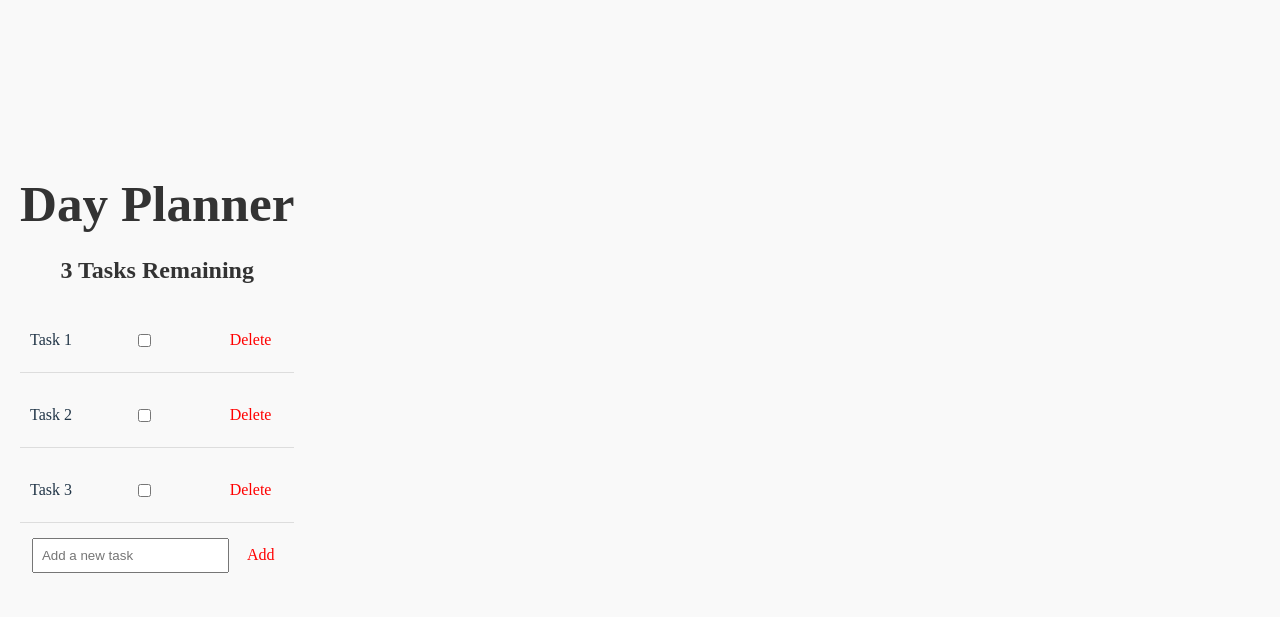
Repository: GavinPahal/Lab7
Page: /
An editor plug-in stored every save of this project. The page is shown before and after the next save, followed by the edit.
The browser window is 1280 px wide. The pictures show the whole page.
The project was rebuilt for these pictures with package versions that can differ from the ones it lists, and the page was loaded fresh each time. Also part of the build but not shown: vite.config.js.

Above is the page before, as saved 2024-10-23 16:49:54.

### src/App.jsx
import React, { useState } from 'react';
import Task from './components/Task';
import TaskForm from './components/TaskForm';
import './App.css';

function App() {
  const [tasks, setTasks] = useState([
    { text: 'Task 1', isCompleted: false },
    { text: 'Task 2', isCompleted: false },
    { text: 'Task 3', isCompleted: false },
  ]);  // Initial 3 tasks

  const [showAll, setShowAll] = useState(false);  // State to toggle showing all tasks

  // Function to add a new task
  const addTask = (task) => {
    setTasks([...tasks, { text: task, isCompleted: false }]);
  };

  // Function to toggle task completion status
  const toggleTask = (index) => {
    const newTasks = [...tasks];
    newTasks[index].isCompleted = !newTasks[index].isCompleted;
    setTasks(newTasks);
  };

  // Function to delete a task
  const deleteTask = (index) => {
    const newTasks = tasks.filter((_, i) => i !== index);
    setTasks(newTasks);
  };

  // Get the count of pending tasks
  const pendingTasks = tasks.filter(task => !task.isCompleted).length;

  // Control how many tasks to display (first 3 or all)
  const tasksToDisplay = showAll ? tasks : tasks.slice(0, 3);

  return (
    <div className="app">
      <h1>Day Planner</h1>
      <h2>{pendingTasks} Tasks Remaining</h2>
      <div className="task-list">
        {tasksToDisplay.length > 0 ? (
          tasksToDisplay.map((task, index) => (
            <Task
              key={index}
              index={index}
              task={task}
              toggleTask={toggleTask}
              deleteTask={deleteTask}
            />
          ))
        ) : (
          <p>No tasks available. Add a new task below.</p>
        )}
      </div>

      {tasks.length > 3 && !showAll && (
        <button onClick={() => setShowAll(true)}>Show All Tasks</button>
      )}

      <TaskForm addTask={addTask} />
    </div>
  );
}

export default App;

### src/components/Task.jsx
import React from 'react';

function Task({ task, index, toggleTask, deleteTask }) {
  return (
    <div className={`task ${task.isCompleted ? 'completed' : ''}`}>
      <span>{task.text}</span>
      <input
        type="checkbox"
        checked={task.isCompleted}
        onChange={() => toggleTask(index)}
      />
      <button onClick={() => deleteTask(index)}>Delete</button>
    </div>
  );
}

export default Task;

### src/components/TaskForm.jsx
import React, { useState } from 'react';

function TaskForm({ addTask }) {
  const [value, setValue] = useState('');

  const handleSubmit = (e) => {
    e.preventDefault();
    if (!value) return;
    addTask(value);
    setValue('');
  };

  return (
    <form onSubmit={handleSubmit} className="task-form">
      <input
        type="text"
        value={value}
        onChange={(e) => setValue(e.target.value)}
        placeholder="Add a new task"
      />
      <button type="submit">Add</button>
    </form>
  );
}

export default TaskForm;

### src/App.css
body {
  font-family: 'Times New Roman', serif;
  margin: 0;
  padding: 0;
  background-color: #f9f9f9;
}

.app {
  max-width: 400px;
  margin: 50px auto;
  padding: 20px;
  text-align: center;
}

h1, h2 {
  margin-bottom: 20px;
  color: #333;
}

.task-list {
  margin-top: 20px;
}

.task {
  display: flex;
  justify-content: space-between;
  align-items: center;
  padding: 10px;
  margin-bottom: 10px;
  border-bottom: 1px solid #ddd;
}

.task.completed {
  text-decoration: line-through;
  color: #aaa;
}

button {
  border: none;
  background: none;
  color: red;
  cursor: pointer;
}

input[type="text"], button {
  padding: 8px;
  margin: 5px;
}

Loaded but not shown: index.html (common file); src/main.jsx (common file); src/index.css (common file)

After the next save:
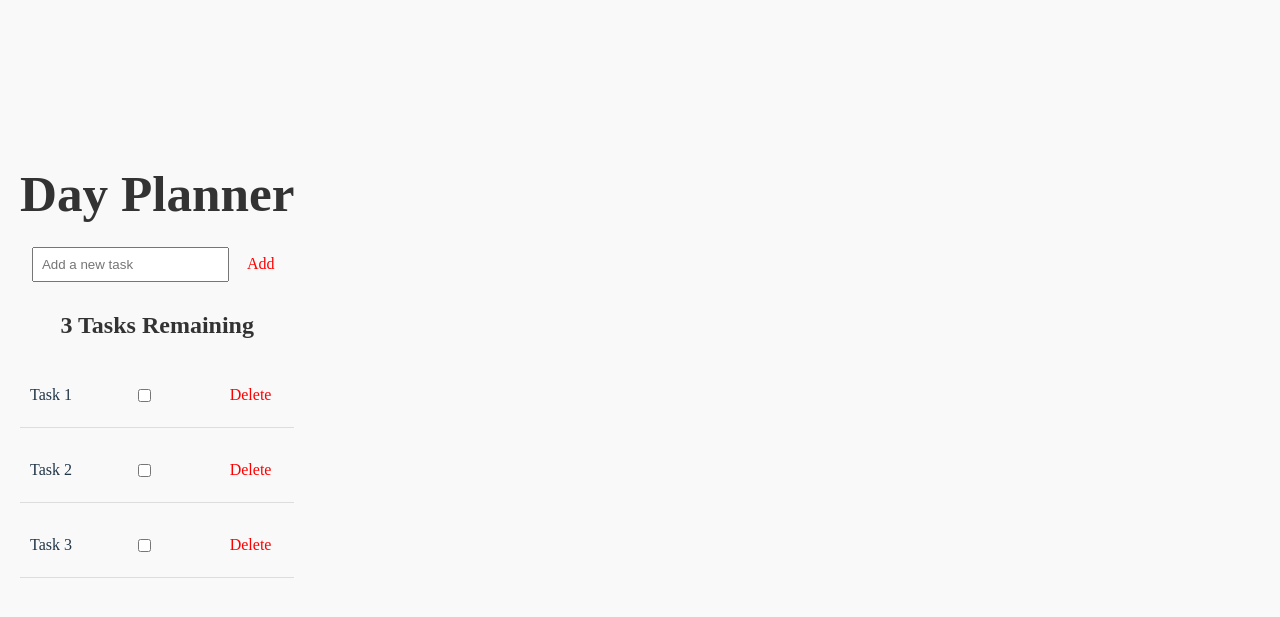
Saved 2 min 34 s later.
--- a/src/App.jsx
+++ b/src/App.jsx
@@ -39,7 +39,12 @@ function App() {
   return (
     <div className="app">
       <h1>Day Planner</h1>
+
+      {/* TaskForm is now between the heading and task count */}
+      <TaskForm addTask={addTask} />
+
       <h2>{pendingTasks} Tasks Remaining</h2>
+
       <div className="task-list">
         {tasksToDisplay.length > 0 ? (
           tasksToDisplay.map((task, index) => (
@@ -52,15 +57,13 @@ function App() {
             />
           ))
         ) : (
-          <p>No tasks available. Add a new task below.</p>
+          <p>No tasks available. Add a new task above.</p>
         )}
       </div>
 
       {tasks.length > 3 && !showAll && (
         <button onClick={() => setShowAll(true)}>Show All Tasks</button>
       )}
-
-      <TaskForm addTask={addTask} />
     </div>
   );
 }
